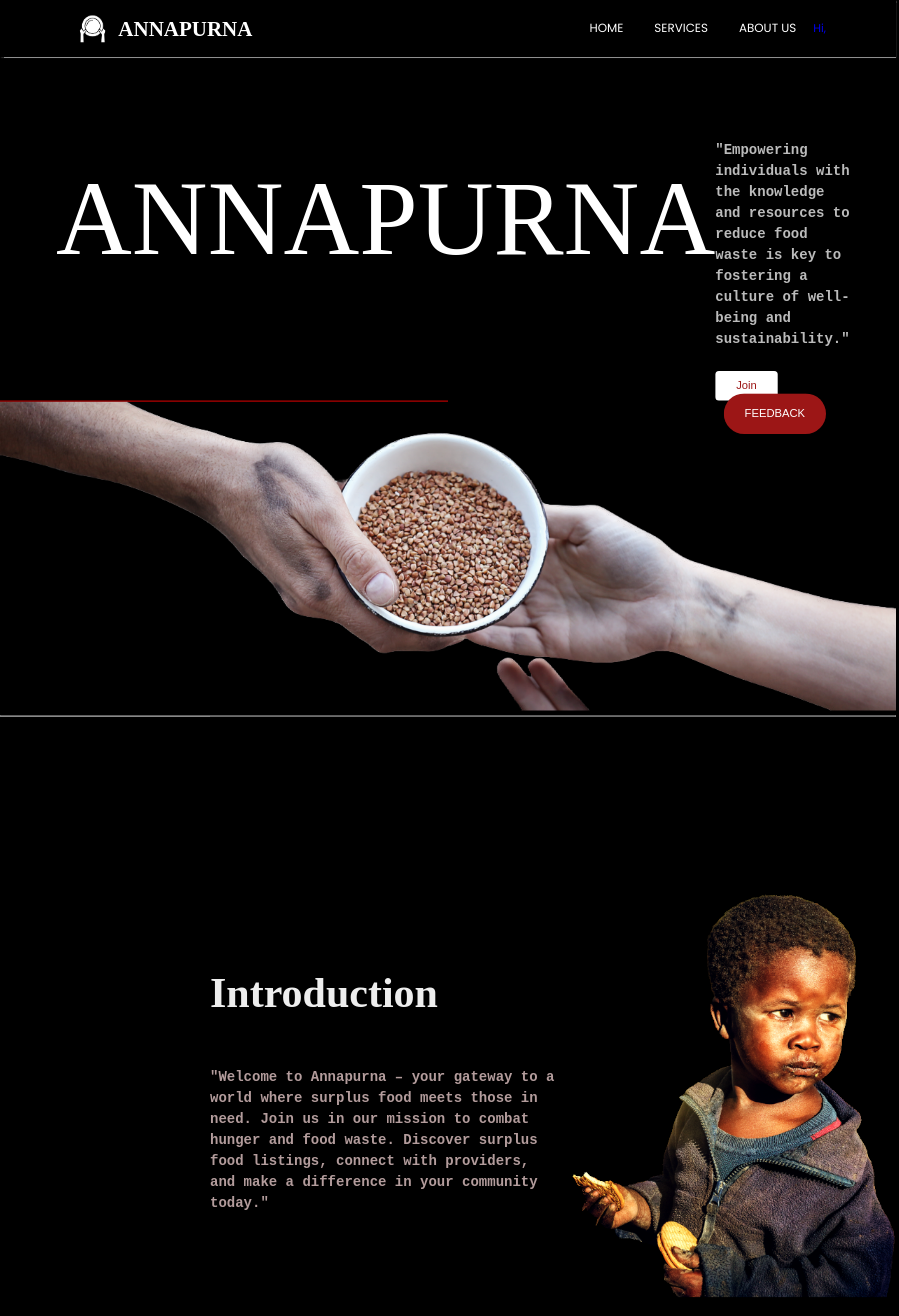
Repository: letscodeshivansh/Annapurna-fullstack-
Page: http://localhost/index
These files come from the project's save history. The page is drawn as it stood at one moment and after a run of saves; the edit follows.
The browser window is 1280 px wide. The page is 1284 px wide, so the pictures cover 1284 px, including what lies to the right of the window. The pictures show the part of the page from y = 0 to 1880 px (the page is 3787 px tall), at 70% of full size.
Some web fonts or font styles are not loaded; a fallback is used. Some web libraries are served in a nearby version. The page is served by the project's Node server (src/server.js). Queries for data that is not in the repository find no rows.

Above is the page before, as saved 2024-06-13 18:31:07.

### templates/index.ejs

<!DOCTYPE html>
<html lang="en">
<head>
    <meta charset="UTF-8">
    <meta name="viewport" content="width=device-width, initial-scale=1.0">
    <title>Annapurna</title>
    <style>
       @font-face {
            font-family: "heading-font";
            src: url('annapurna/Noto_Serif/NotoSerif-VariableFont_wdth,wght.ttf');
        }
    </style>
    <link rel = "stylesheet" href="style.css">
    <script src="https://kit.fontawesome.com/a076d05399.js" crossorigin="anonymous"></script>
    <link rel="stylesheet" href="https://use.fontawesome.com/releases/v5.6.3/css/all.css" integrity="sha384-UHRtZLI+pbxtHCWp1t77Bi1L4ZtiqrqD80Kn4Z8NTSRyMA2Fd33n5dQ8lWUE00s/" crossorigin="anonymous">

</head>
<body>

<!--main landing page-->
    <div class="container4">
        <nav>
            <input type="checkbox" id="check">
            <label for = "check" class="checkbtn">
                <i class="fas fa-bars" style="cursor: pointer;"></i>
            </label>

            <img src="mainlogo-photoaidcom-invert-removebg-preview.png" alt="" style="height: 64px; width:64px; margin-top: 9px; margin-left: 100px">
            <label class="logo" style="padding-left: 5px; font-family: heading-font; position: fixed;padding-top:19px">ANNAPURNA</label>


            <ul>

                <li><a href="index">HOME</a></li>
                <li><a href="services">SERVICES</a></li>
                <li><a href="aboutus">ABOUT US</a></li>
                <a href="#">
                    Hi, <% if (typeof loggedInUsername !== 'undefined' && loggedInUsername) { %>
                    <p><%= loggedInUsername %></p>
                    <% } %>
                </a>

            </ul>
        </nav>


        <div style="display: flex; justify-content: space-between;">
            <div>

                <h1 class = "logos" style = "font-family: heading-font;">ANNAPURNA</h1>
            </div>

            <div class="moto" style="padding-top: 200px; padding-bottom: 0px; padding-right: 70px; width: 25%; font-size:20px; color: rgb(187, 187, 187);">
                <h4 style = "font-family: monospace; ">
                    "Empowering individuals with the knowledge and resources to reduce food waste is key to fostering a culture of well-being and sustainability."
                </h4>
                <div><a href="login.php">
                    <a href="login.html">
                    <button class = "btn btn-info btn-lg" style="cursor: pointer;">
                        Join
                    </button></a>
                    </a>
                </div>

            </div>
        </div><hr class="hr1" color="red" />
        <div class = "hands">

            <img src="2.png" style="width: 100%;">
            <hr class="hr2"/>
        </div>

    </<div>


<!--introduction-->
    <div class="container3" >
        <div class="slide1">

            <div class="intro">
                <h2 style = "font-family: heading-font;">Introduction</h2>
                <br>

                <h4 style = "font-family: monospace; font-size:20px;">"Welcome to Annapurna – your gateway to a world where surplus food meets those in need. Join us in our mission to combat hunger and food waste. Discover surplus food listings, connect with providers, and make a difference in your community today."</h4>
            </div>


            <div class="intropic">

                <img src = "9-png.png" >
            </div>
        </div>


    </div>
    <hr/>

<!--Food Cards-->
<div class="black-bg">
    <h2>Explore Surplus Foods Near you!</h2>
    <hr>
    <div class="job-cards" id="job-cards">
        <% foods.forEach(food => { %>
            <div class="card">
                <div class="feeder"><h6>Posted by: <%= food.feeder %></h6></div>
                <div class="image" style="background-image: url('<%= food.images[0] %>');"></div>
                <div class="title"><%= food.title %></div>
                <div class="description"><h6>Description:</h6><%= food.description %></div>
                <div class="deadline"><h6>Deadline:</h6><span class="deadline-date"><%= food.deadline %></span></div>
                <div class="price">$<%= food.price %></div>
                <span class="chat-button">
                    <a href="/chat/<%= food._id %>">
                        <img src="chat-icon.jpg" alt="Chat Icon" class="chat-icon">
                    </a>
                </span>
                <% if (loggedInUsername === food.feeder) { %>
                    <button class="edit-button">Delete</button>
                <% } %>
            </div>
        <% }); %>
    </div>
</div>


<!--Our team-->

    <div class="container6">
        <div class="slide4">
            <div class="team">
                <h2 style = "font-family: heading-font;">
                    OUR TEAM
                </h2>
                <br>
            </div>
            <div class="pics">
                <div class="parth">
                    <img src="parth.jpeg" alt="">
                    <h1 style = "font-family: monospace; font-size:20px;">Parth Sauguny</h1>
                    <p style="font-size: 20px">Project <br>Documentation <br>& Reporting</p>

                </div>

                <div class="shivansh">
                    <img src="shivansh.jpg" alt="">
                    <h1 style = "font-family: monospace; font-size:20px;">Shivansh Srivastava</h1>
                    <p style="font-size: 20px">Team <br>Management <br>& Leadership</<p>
                </div>
                <div class="sourav">
                    <img src="sotrav1.jpeg" alt="">
                    <h1 style = "font-family: monospace; font-size:20px;">Sourav Kispotta</h1>
                    <p style="font-size: 20px">Technical <br>Oversight &<br> Decision-Making</p>
                </div>
            </div>
        </div>
    </div>


<!--footer-->
    <hr>
    <div class="container">
        <footer class="footer">
            <div class="container2">
                <div class="row">
                    <div class="footer-col">
                        <h4>company</h4>
                        <ul>
                            <li><a href="#">about us</a></li>
                            <li><a href="#">our services</a></li>
                            <li><a href="#">privacy policy</a></li>
                            <li><a href="#">affiliate program</a></li>
                        </ul>
                    </div>
                    <div class="footer-col">
                        <h4>get help</h4>
                        <ul>
                            <li><a href="#">FAQ</a></li>
                            <li><a href="#">shipping</a></li>
                            <li><a href="#">returns</a></li>
                            <li><a href="#">order status</a></li>
                            <li><a href="#">payment options</a></li>
                        </ul>
                    </div>

                    <div class="footer-col">
                        <h4>follow us</h4>
                        <div class="social-links">
                            <a href="#"><i class="fab fa-facebook-f"></i></a>
                            <a href="#"><i class="fab fa-twitter"></i></a>
                            <a href="https://www.instagram.com/annapurna0.official?utm_source=ig_web_button_share_sheet&igsh=ZDNlZDc0MzIxNw=="><i class="fab fa-instagram"></i></a>
                            <a href="#"><i class="fab fa-linkedin-in"></i></a>
                        </div>
                    </div>
                </div>
                <div class="tnc" style="color: white;">
                    Terms & Conditions
                </div>
            </div>

        </footer>
    </div>

<!--Sticky feedback button-->
    <div class="container7">
        <div class="stickybutton">
            <a href="feedback.html">
            <button class = "btn btn-info btn-lg" style="cursor: pointer; bottom: 50px;">
                FEEDBACK

            </button>
            </a>
        </div>
    </div>
</body>
</html>

### src/mongodb.js
const mongoose = require("mongoose");

// Retrieve MongoDB connection URI from environment variable
const mongoURI = process.env.MONGODB_URI || "mongodb://127.0.0.1:27017/Annapurna";

mongoose.connect(mongoURI, { useNewUrlParser: true, useUnifiedTopology: true })
  .then(() => {
    console.log("MongoDB connected");
  })
  .catch((error) => {
    console.error("MongoDB connection error:", error);
  });

const userSchema = new mongoose.Schema({
  username: {
    type: String,
    required: true,
    unique: true // Ensure username is unique
  },
  password: {
    type: String,
    required: true
  }
});

const foodSchema = new mongoose.Schema({
    title: {
      type: String,
      required: true
    },
    description: {
      type: String,
      required: true
    },
    deadline: {
      type: Date,
      required: true
    },
    price: {
      type: Number,
      required: true // Ensure price is required
    },
    images: [{
      type: String, // Assuming that we will store image URLs as strings
    }],
    feeder: {
      type: String,
      required: true
    }
});

// Create and export the User model
const User = mongoose.model('User', userSchema);
const Food = mongoose.model('Food', foodSchema);

module.exports = { User, Food };

### public/style.css
@import url('https://fonts.googleapis.com/css2?family=Poppins:wght@200;300;400;500;600;700&display=swap');
*{
    padding: 0;
    margin: 0;
    text-decoration: none;
    list-style: none;
    box-sizing: border-box;
    background: rgb(0, 0, 0);
}

body{
    font-family: "Poppins" ;
}
.moto{
    font-size: 80px;
    padding-top: 150px;
    padding-bottom: 0px;
    padding-right: 80px;
    width: 40%;
    color: rgb(187, 187, 187);

}

.moto button{
    background-color: #ffffff; /* Green */
    border: none;
    color: #9c1616;
    padding: 12px 30px;
    text-align: center;
    text-decoration: none;
    display: inline-block;
    font-size: 16px;
    border-radius: 5px;
    margin-top: 30px;

}

.moto h4:hover{
    color: #9c1616;
	margin-left: 20px;
    transition: all 0.5s ease;

}
.moto button:hover{
    color: white;
    background-color: #9c1616;
    margin-left: 20px;
    transition: all 0.5s ease;
}


.logos{
    position: relative;
    font-size:150px;
    color: white;
    font-weight: 450;
    padding-left: 80px;
    padding-bottom: 0;
    padding-top: 200px;

}

.logos:hover{
    position: relative;
    padding-left: 100px;
    transition: all 0.5s ease-in-out;
    color: #666666;
}


nav{
    height: 82px;
    width: 100%;
    box-shadow: 2px 1px 2px #eee;
    position: fixed;

    transition: 0.6s;
    z-index: 100000;

}



nav ul{
    float: right;
    margin-right: 100px;
}

nav ul li{
    display: inline-block;
    line-height: 80px;
    margin: 0 5px;


}


nav ul li a{

    color:white;
    font-size: 17px;
    border-radius: 30px;
    padding: 10px 15px;
    text-transform: uppercase;
}

a.active,a:hover{
    color: #b92f2f;
    cursor: pointer;
    background: none;
    padding-right: 20px;
    transition: all 0.5s ease;


}

.checkbtn{
    font-size: 30px;
    color: rgb(255, 255, 255);
    float: right;
    line-height:78px;
    margin-right:40px;
    cursor: pointer;
    display: none;
}
label.logo{
    color: white;
    font-size: 30px;
    padding-top: 25px ;
    position: fixed;
    cursor: pointer;
    font-weight:600;





}
#check{
    display: none;

}
.hr1{
    color: red;
    width: 50%;
    margin-inline-end: 0;
}
.hands:hover{
    padding-left: 15px;
    transition:all 0.5s ease;
}


@media (max-width: 952px){
    label.logo{
        font-size: 30px;
        padding-left: 30px;
    }

    .logos{
        display: none;
    }
    nav ul li a{
        font-size: 16px;
    }
}
@media (max-width: 858px){



    .checkbtn{
        display: block;

    }

    nav{
        height: 78px;
        box-shadow: 2px 1px 2px #eee;
    }
    ul{
        position:fixed;
        width: 100%;
        height: 100vh;
        top: 80px;
        left: -100%;
        text-align: center;
        transition: all 0.5s ease;


    }
    nav ul li{
        display:block;
        margin: 50px 0;
        line-height:30px;


    }
    nav ul li a{
        font-size:20px;

    }
    a:hover,a.active{
        background:none;
        color: #9c1616;
    }

    #check:checked ~ ul{
        left: 0;
    }
}

.intro{

    font-size: 40px;
    padding-top: 350px;
    margin-left: 300px;
    color: rgb(179, 156, 156);
    width: 50%;


}

.intro h2{
    color: #eee;
    font-size: 60px;


}
.intro h4{
    font-size: 25px;
}
.intropic{
    padding-top: 250px;
    padding-bottom: 320px;

}

.container5{
    padding-bottom: 350px;
}
.about h2{
    font-size: 50px;
    color: white;
    padding-left: 300px;

    margin-top: 150px;

}

.about h3{
    color: rgb(179,156,156);
    font-size: 25px;
    padding-left: 300px;
    padding-right: 300px;

}


/*
footer css
*/
@import url('https://fonts.googleapis.com/css2?family=Poppins:wght@300;400;500;600;700&display=swap');
body{
	line-height: 1.5;
	font-family: 'Poppins', sans-serif;

}
*{

	margin:0;
	padding:0;
    background: #000000;
	box-sizing: border-box;

}
.container{
    background: #000000;

}
.container2{
	max-width: 100%;
    padding-left: 80px;
    margin-top: 50px;
    margin-bottom: 80px;


}
.slide1{
    display: flex;
}

.row{
	display: flex;
	flex-wrap: wrap;


}
ul{
	list-style: none;

}
.footer{
	background-color: #000000;


}
.footer-col{
   width: 25%;
   padding: 0px 15px;

}
.footer-col h4{
	font-size: 18px;
	color: #ffffff;
	text-transform: capitalize;
	margin-bottom: 35px;
	font-weight: 500;
	position: relative;

}
.footer-col h4::before{
	content: '';
	position: absolute;
	left:0;
	bottom: -10px;
	background-color: #e91e63;
	height: 2px;
	box-sizing: border-box;
	width: 50px;
}
.footer-col ul li:not(:last-child){
	margin-bottom: 10px;
}
.footer-col ul li a{
	font-size: 16px;
	text-transform: capitalize;
	color: #ffffff;
	text-decoration: none;
	font-weight: 300;
	color: #bbbbbb;
	display: block;
    border-radius: 20px;
	transition: all 0.3s ease;
    padding-bottom: 10px;
}
.footer-col ul li a:hover{
	color: #9c1616;
	padding-left: 8px;
    background: none;

}
.footer-col .social-links a{
	display: inline-block;
	height: 40px;
	width: 40px;
	background-color: rgba(179, 174, 174, 0.2);
	margin:0 10px 10px 0;
	text-align: center;
	line-height: 40px;
	border-radius: 50%;
	color: #ffffff;
	transition: all 0.5s ease;

}
.footer-col .social-links a:hover{
	color: #ffffff;
	background-color: #645f5f;

}

/*responsive*/
@media(max-width: 767px){

    .footer-col{
        width: 50%;
        margin-bottom: 30px;
    }

    .footer{
        position: fixed;
        bottom: 0;

    }



}
@media(max-width: 574px){
    .footer-col{
        width: 100%;
}


}
.stickybutton{
    position: fixed;
    bottom:100px;
    right: 100px;
    background: none;

}
.stickybutton button{
    background-color: #9c1616; /* Green */
    border: none;
    color: #ffffff;
    padding: 20px 30px;
    text-align: center;
    text-decoration: none;
    display: inline-block;
    font-size: 16px;
    border-radius: 30px;
    text-decoration: none;


}

.stickybutton button:hover{
    box-shadow: #e91e63 2px 2px 3px;
    transition: all 0.5s ease;
}
.team{
    color: white;
    text-align: center;
    font-size: 40px;
    padding-top: 0px;
}
.parth img{
    height: 300px;
    width: 300px;
    border-radius: 10px;
}


.shivansh img{
    height: 300px;
    width: 300px;
    border-radius: 10px;
}

.sourav img{
    height: 300px;
    width: 300px;
    border-radius: 10px;

}

.pics {
    display: flex;
    justify-content: space-evenly;
    color: white;
    text-align: center;
    padding-top:100px;

}

.parth h1, .shivansh h1, .sourav h1{
    padding-top: 30px ;
}

.parth img:hover, .shivansh img:hover, .sourav img:hover{
    width: 350px;
    height: 350px;
    transition: all 0.5s ease-in-out;
    box-shadow: #7c7c7c 7px 7px 7px;


}
.jasmin p, .shivansh p, .sourav p{
    padding-top: 25px;
    padding-bottom: 250px;

}

.black-bg h2 {
    text-align: left;
    font-size: 69px;
    margin: 45px 20px;
}

/* Base card styling */
.card {
    display: grid;
    grid-template-columns: repeat(10, 1fr);
    justify-content: space-between;
    align-items: center;
    width: 100%;
    border: 1px solid #ddd;
    padding: 20px;
    box-sizing: border-box;
    transition: box-shadow 0.3s ease;
    margin-bottom: 60px;
    background: linear-gradient(-20deg, #ffffff, #d9d6d396);
    border-radius: 30px;
    box-shadow: 0 0 6px 6px rgba(255, 255, 255, 0.7);
}

.card:hover {
    box-shadow:
        10px 10px 10px rgba(174, 170, 170, 0.2),
        -10px 10px 10px rgba(200, 200, 200, 0.2),
        10px -10px 10px rgba(255, 255, 255, 0.2),
        -10px -10px 10px rgba(215, 215, 215, 0.2);
}

/* Card elements styling */
.card .image {
    grid-column: 1 / 2;
    width: 100px;
    height: 100px;
    border-radius: 50%;
    background: #ffffff;
    background-size: cover;
    background-position: center;
    margin-left: 20%;
    text-align: center;
    padding: 10px;
}

.card .title {
    grid-column: 2 / 4;
    text-align: center;
    padding: 10px;
    font-weight: bold;
    font-size: 25px;
}

.card .description {
    grid-column: 4 / 8;
    text-align: center;
    padding: 10px;
}

.card .deadline {
    grid-column: 8 / 9;
    text-align: center;
    padding: 10px;
    font-weight: bold;
}

.card .price {
    grid-column: 9 / 10;
    text-align: center;
    padding-left: 50%;
    padding-bottom: 8%;
    font-weight: 700;
    font-size: 20px;
}

.card .price {
    font-weight: bold;
}

.card .chat-button {
    grid-column: 10 / 11;
    text-align: center;
    padding-left: 40%;
}

.chat-button {
    display: flex;
    align-items: right;
    color: white;
    cursor: pointer;
    text-align: right;
    text-decoration: none;
}

.chat-button a {
    display: flex;
    align-items: center;
    text-decoration: none;
}

.chat-icon {
    width: 60px;
    height: 60px;
    border-radius: 50%;
}

.edit-button {
    grid-column: 10 / 11;
    border-radius: 5px;
}

.edit-button:hover {
    background-color: rgba(240, 248, 255, 0.718);
    font-weight: 600;
}

/* Responsive styling */
@media (max-width: 1024px) {
    .card {
        grid-template-columns: repeat(8, 1fr);
    }
    .card .title {
        grid-column: 2 / 5;
    }
    .card .description {
        grid-column: 5 / 8;
    }
    .card .deadline {
        grid-column: 8 / 9;
    }
    .card .price {
        grid-column: 9 / 10;
        padding-left: 0;
    }
    .card .chat-button {
        grid-column: 10 / 11;
        padding-left: 0;
    }
}

@media (max-width: 768px) {
    .card {
        grid-template-columns: repeat(4, 1fr);
        text-align: center;
    }
    .card .image {
        grid-column: 1 / -1;
        margin-left: 0;
        width: 70px;
        height: 70px;
    }
    .card .title {
        grid-column: 1 / -1;
        font-size: 20px;
    }
    .card .description {
        grid-column: 1 / -1;
    }
    .card .deadline {
        grid-column: 1 / 3;
    }
    .card .price {
        grid-column: 3 / 4;
        padding-left: 0;
        padding-bottom: 0;
    }
    .card .chat-button {
        grid-column: 4 / 5;
        padding-left: 0;
    }
}

@media (max-width: 480px) {
    .card {
        grid-template-columns: 1fr;
    }
    .card .image,
    .card .title,
    .card .description,
    .card .deadline,
    .card .price,


    .card .chat-button {
        grid-column: 1 / -1;
        padding-left: 2px;
        padding-bottom: 10px;
    }
}

Loaded but not shown: src/server.js (159 lines, source omitted)

After the next 5 saves:
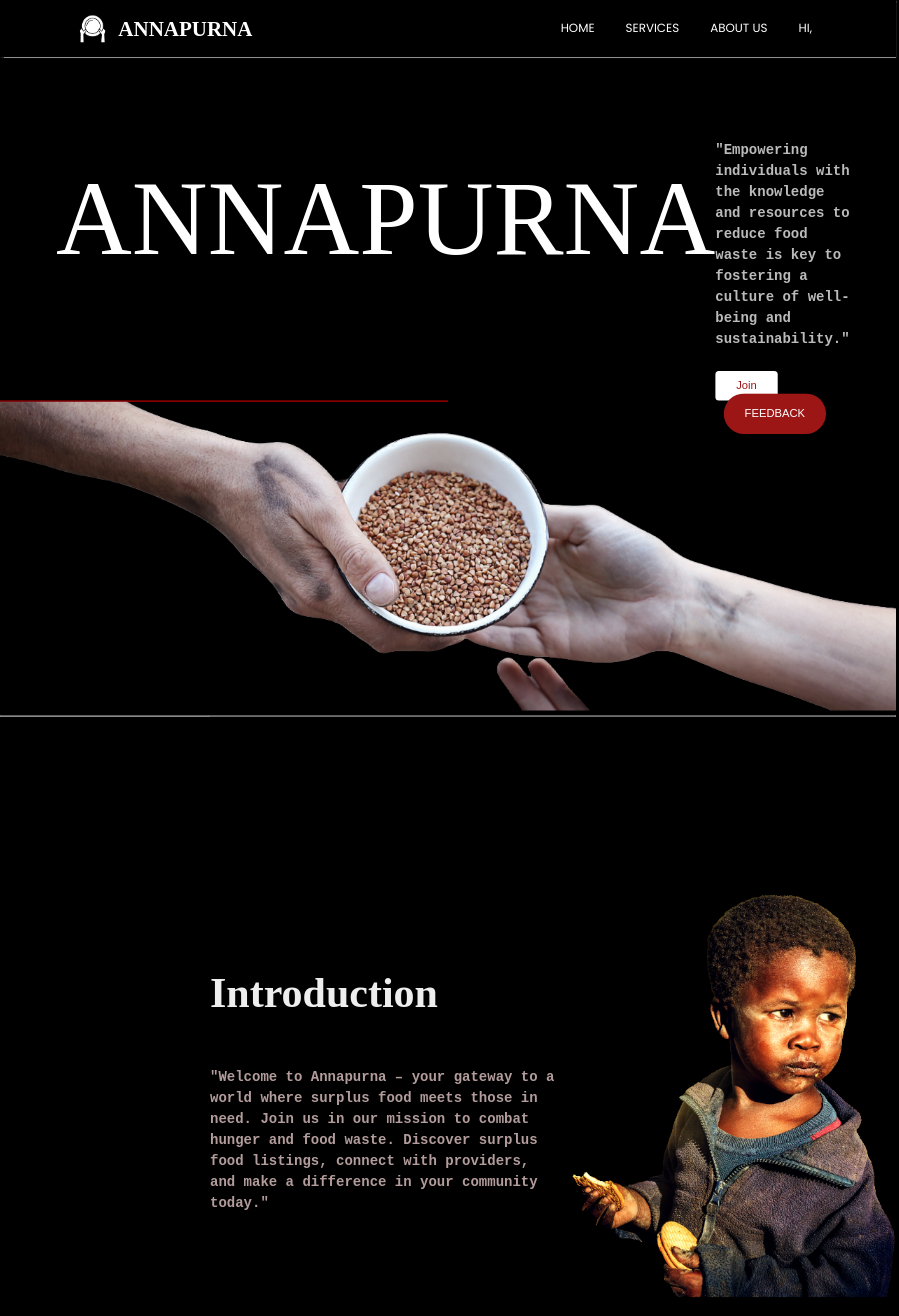
The 5 saves are shown as one change because they came seconds apart.
The last was saved 2 min 6 s later.
--- a/templates/index.ejs
+++ b/templates/index.ejs
@@ -35,11 +35,11 @@
                 <li><a href="index">HOME</a></li>
                 <li><a href="services">SERVICES</a></li>
                 <li><a href="aboutus">ABOUT US</a></li>
-                <a href="#">
+                <li><a href="#">
                     Hi, <% if (typeof loggedInUsername !== 'undefined' && loggedInUsername) { %>
                     <p><%= loggedInUsername %></p>
                     <% } %>
-                </a>
+                </a></li>
 
             </ul>
         </nav>
